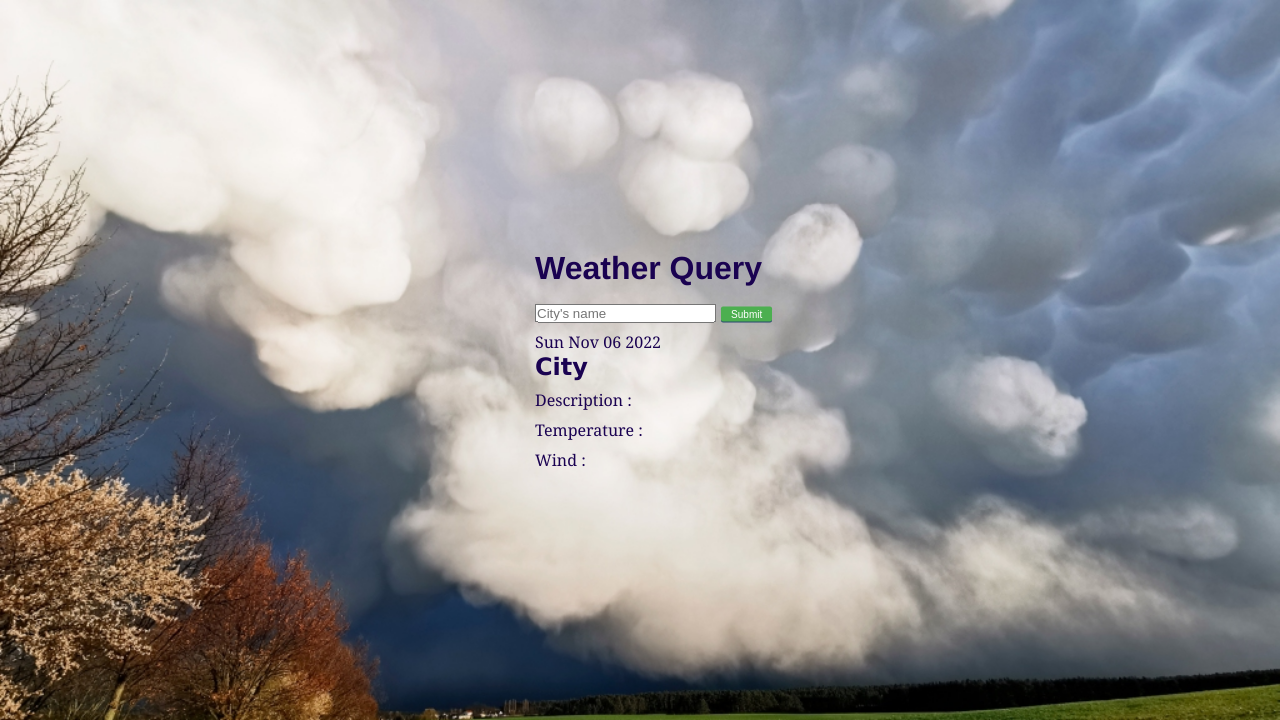
Repository: heartbreathing/searchWeather
Page: index.html
An editor plug-in stored every save of this project. The page is shown before and after a run of saves, followed by the edit.
The browser window is 1280 px wide. The pictures show the whole page.

Above is the page before, as saved 2022-11-07 09:13:11.

### index.html
<!DOCTYPE html>
<html lang="en">
  <head>
    <meta charset="UTF-8" />
    <meta http-equiv="X-UA-Compatible" content="IE=edge" />
    <meta name="viewport" content="width=device-width, initial-scale=1.0" />
    <title>search_weather</title>
    <link rel="stylesheet" href="index.css" />
  </head>
  <body>
    <div class="content">
      <h1>Weather Query</h1>

      <form class="form">
        <input type="text" name="name" placeholder="City's name" />
        <button type="submit" class="btn">Submit</button>
      </form>
      <div class="time content_line"></div>
      <h2><span class="name capitalize">City</span></h2>
      <p class="content_line">Description :<span class="description"></span></p>
      <p class="content_line">
        Temperature : <span class="temperature"></span>
      </p>
      <p class="content_line">Wind :<span class="wind"></span></p>
    </div>

    <script src="index.js"></script>
  </body>
</html>

### index.css
* {
    margin: 0;
    padding: 0;
    box-sizing: border-box ;
}
body {
    background-color: rgb(148, 141, 247);
    background-image: url(./image/background_image.jpg);
    background-repeat: no-repeat;
    background-size:cover;
    font-family: 'Lucida Sans', 'Lucida Sans Regular', 'Lucida Grande', 'Lucida Sans Unicode', Geneva, Verdana, sans-serif ;
    color: rgb(26, 2, 81);
}
.content {
    position: absolute;
    display: inline-block;
    width: 300px;
    top:50%;
    left:50%;
    transform: translate(-35%, -50%);
    row-gap: 1rem;
}
h1 {
    margin-bottom: 1rem;
    font-family: 'Franklin Gothic Medium', 'Arial Narrow', Arial, sans-serif;
}
.content_line {
    font-family:Cambria, Cochin, Georgia, Times, 'Times New Roman', serif ;
    font-size: 1rem;
    margin-top: 0.5rem;
}
.btn {
    background-color: #4CAF50; /* Green */
    border: none;
    color: white;
    padding: 2px 10px;
    text-align: center;
    text-decoration: none;
    display: inline-block;
    font-size: 10px;
    border-radius: 2px;
    box-shadow: 0 1px #27496d;

}
.capitalize{
    text-transform: capitalize;
}

### index.js
    "use strict";
      let timeEl = document.querySelector('.time')

      function getTime(){
        timeEl.innerHTML = new Date().toDateString()
      }
      getTime()

      let form = document.querySelector('.form');
      let city;

      async function getData() {
        let res = await fetch(
          `https://goweather.herokuapp.com/weather/${city}`
        );
        const data = await res.json();

        const temp = document.querySelector('.temperature');
        const wind = document.querySelector('.wind');
        const forecast = document.querySelector('.content');
        const description = document.querySelector('.description');
        const name = document.querySelector('.name')

        temp.innerHTML = data.temperature;
        wind.innerHTML = data.wind;
        description.innerHTML = data.description;
        name.innerHTML = city

      }

      form.addEventListener('submit', function (event) {
        event.preventDefault();
        city = this.elements.name.value;
        getData();
      });

After the next 3 saves:
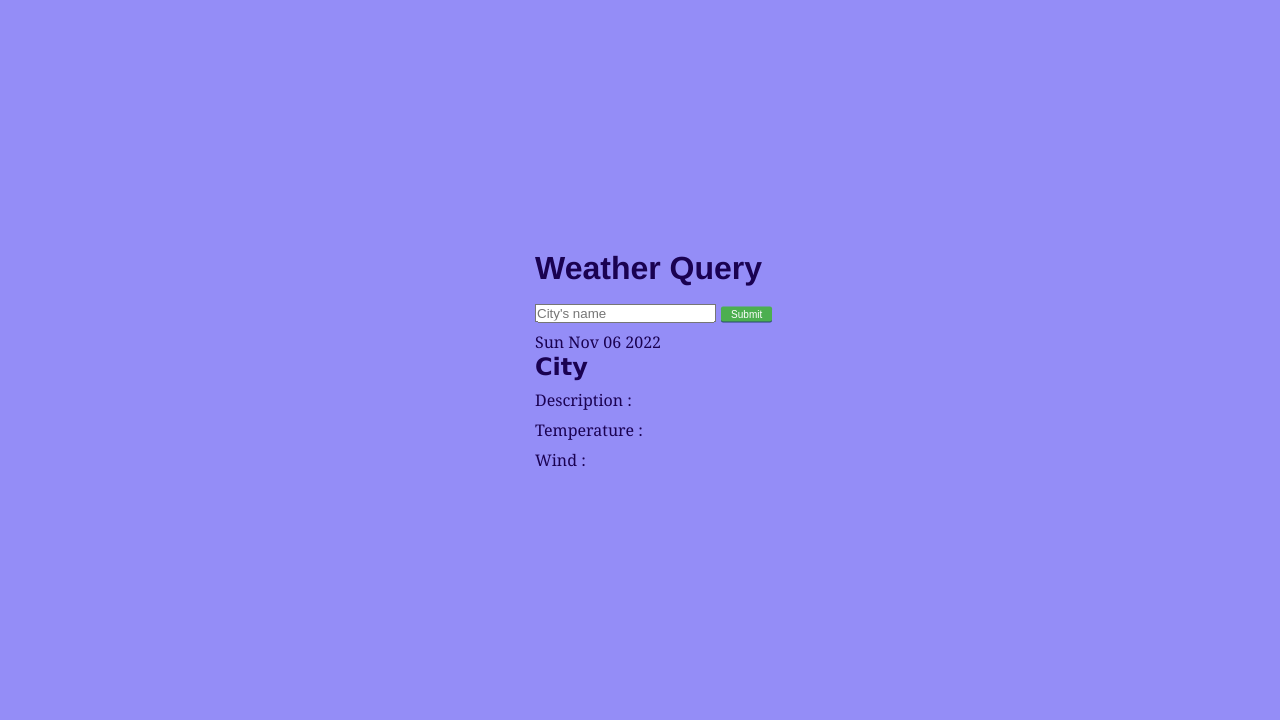
The 3 saves are shown as one change because they came seconds apart.
The last was saved 52 s later.
--- a/index.css
+++ b/index.css
@@ -7,7 +7,7 @@ body {
     background-color: rgb(148, 141, 247);
     background-image: url(./image/background_image.jpg);
     background-repeat: no-repeat;
-    background-size:cover;
+    background-size:100% 30%;
     font-family: 'Lucida Sans', 'Lucida Sans Regular', 'Lucida Grande', 'Lucida Sans Unicode', Geneva, Verdana, sans-serif ;
     color: rgb(26, 2, 81);
 }
